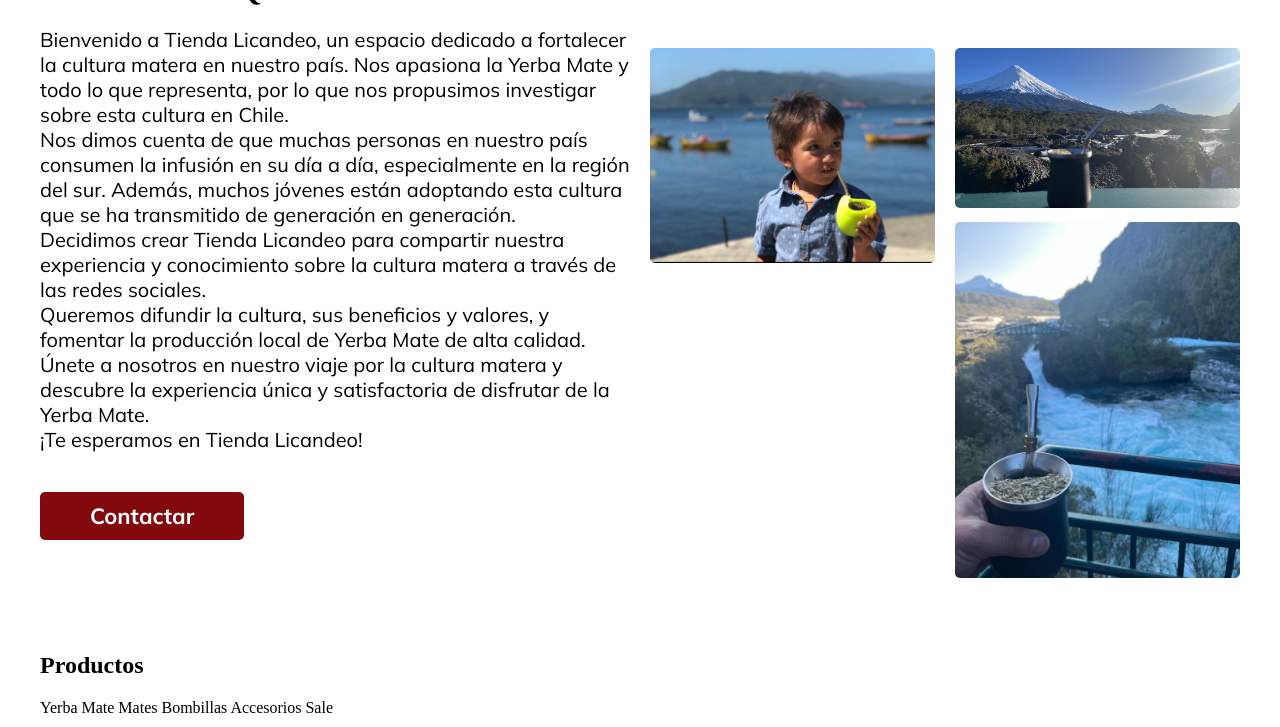
Repository: PiaTrujillo/LICANDEO-main
Page: index.html
An editor plug-in stored every save of this project. The page is shown before and after the next save, followed by the edit.
The browser window is 1280 px wide. The pictures show the part of the page from y = 870 to 1822 px (the page is 1597 px tall before and 1822 px after).
A picture or video elsewhere on the page could not be fetched, so the positions and the page height are approximate. Some web fonts or font styles are not loaded; a fallback is used. Some web libraries are served in a nearby version.

Above is the page before, as saved 2023-05-09 18:48:41.

After the next save:
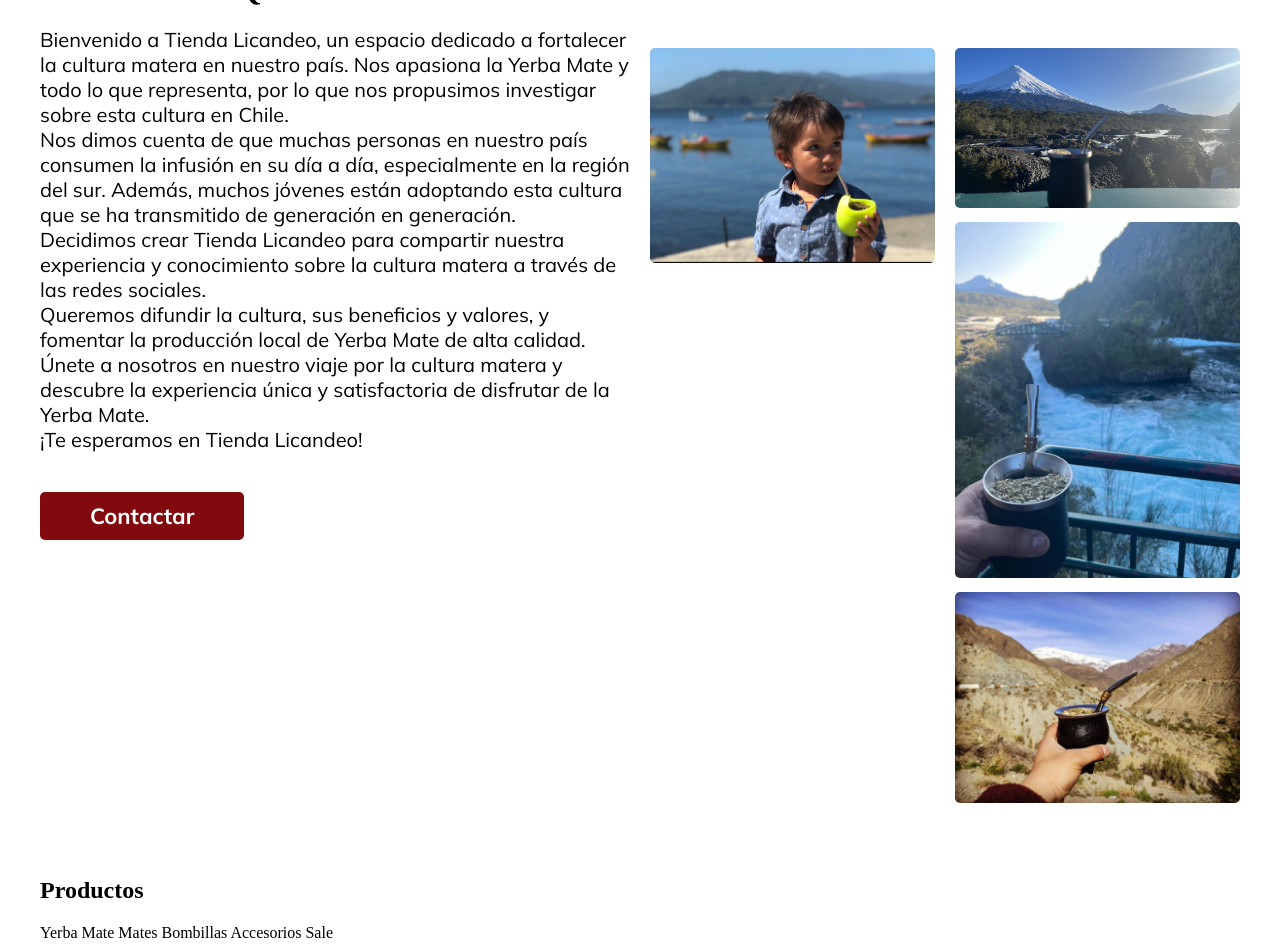
Saved 36 s later.
--- a/index.html
+++ b/index.html
@@ -89,6 +89,7 @@
         <div class="imagenes2">
           <img data-src="/imag/imagen2.JPG" alt="Mate salto del petrohue" />
           <img data-src="/imag/imagen3.JPG" alt="Mate concepcion" />
+          <img data-src="/imag/imagen7.JPG" alt="Mate concepcion" />
         </div>
       </div>
     </div>
